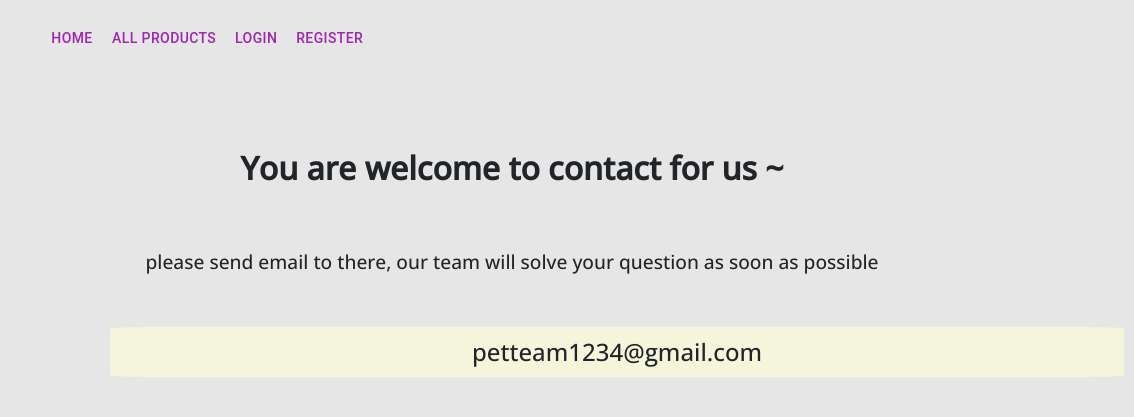
Repository: dzwfighting/pet
Page: /contact
An editor plug-in stored every save of this project. The page is shown before and after the next save, followed by the edit.
The browser window is 1024 px wide. The page is 1124 px wide, then 1134 px, so the pictures cover 1134 px, including what lies to the right of the window. The pictures show the whole page.
The project was rebuilt for these pictures with package versions that can differ from the ones it lists, and the page was loaded fresh each time. Also part of the build but not shown: src/components/homeComponent.js, src/components/Layout.js, src/components/checkoutComponent.js, src/fake-data/products.js, src/styles/css/cart.css, src/components/ShopCartComponent.js, src/components/productsDetail.js, src/manipulate/checkValid.js and 10 more.

Above is the page before, as saved 2023-08-20 10:19:36.

After the next save:
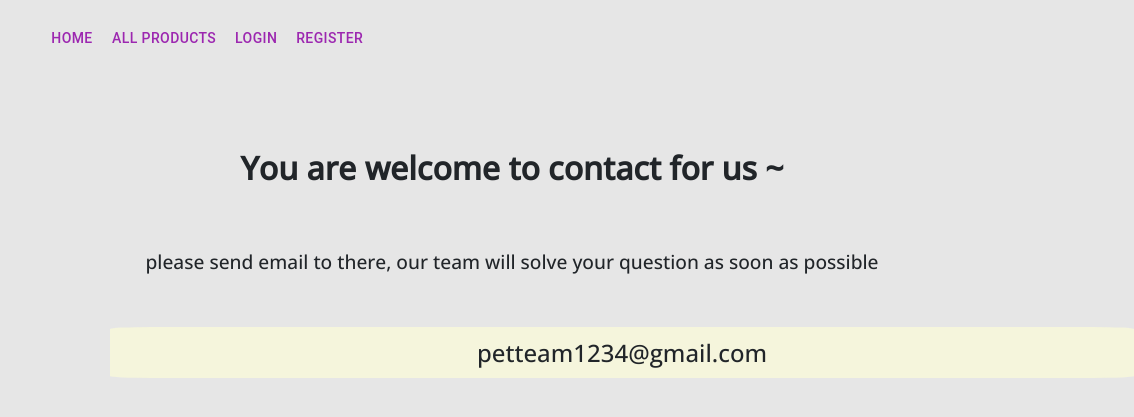
Saved 13 s later.
--- a/src/styles/css/contact.css
+++ b/src/styles/css/contact.css
@@ -34,13 +34,6 @@
     font-size: 1.2rem;
   }
   .emailBlock {
-    display: flex;
-    justify-content: center;
-    align-items: center;
-    font-family: "Open Sans", sans-serif;
-    width: calc(100% - 10px);
-    height: 50px;
-    background-color: beige;
     border-radius: 4%;
     margin-left: 110px;
 
